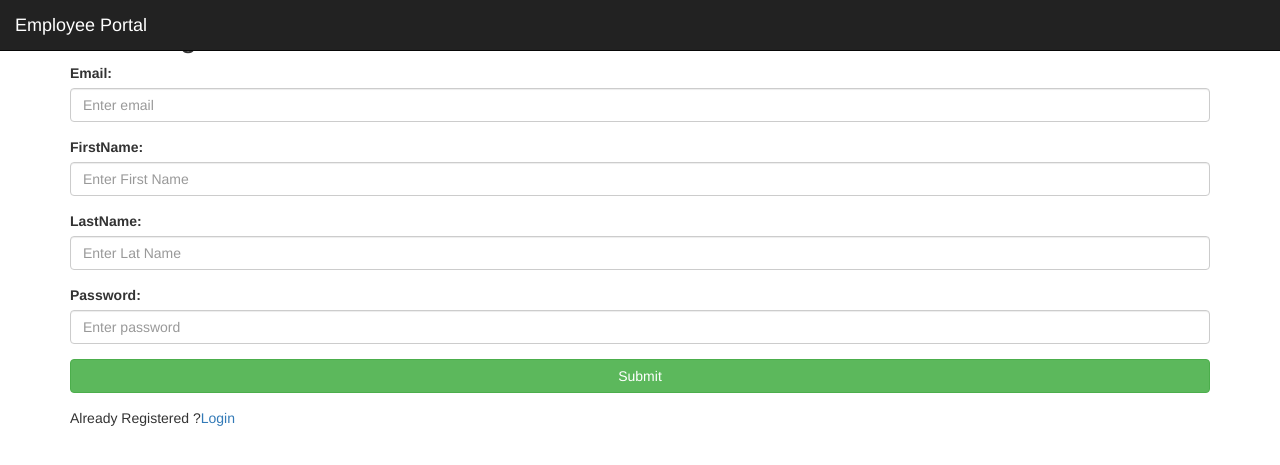
Repository: jagdishpatil18/JavaAdv
Page: http://localhost/EmployeePortal/Preuserreg
These files come from the project's save history. The page is drawn as it stood at one moment and after the next save; the edit follows.
The browser window is 1280 px wide. The pictures show the whole page.
Some web libraries are served in a nearby version. The page is served by Tomcat 9.

Above is the page before, as saved 2017-05-26 05:03:29.

After the next save:
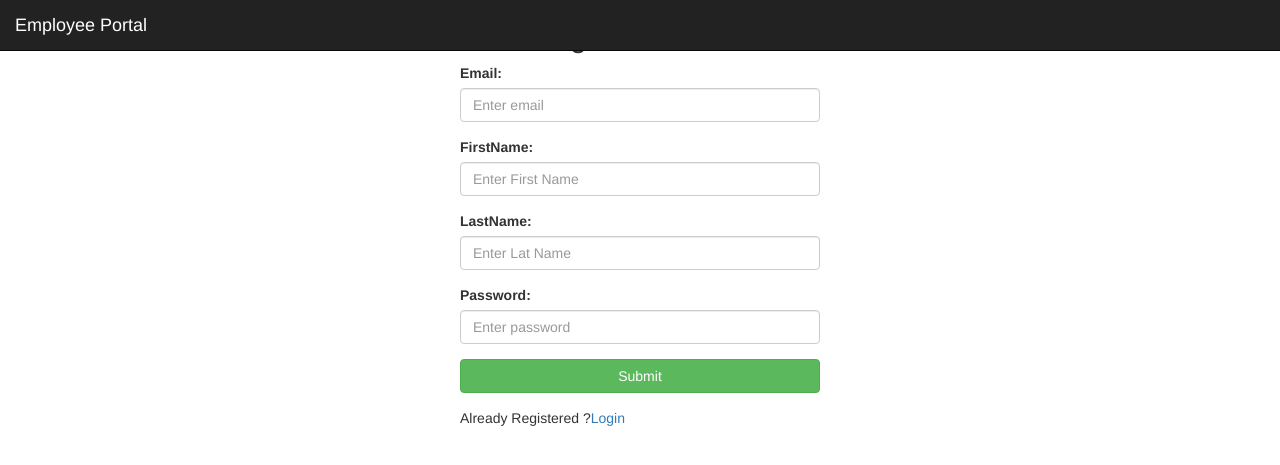
Saved 58 s later.
--- a/EmployeePortal/EmployeePortal/WebContent/newUserreg.jsp
+++ b/EmployeePortal/EmployeePortal/WebContent/newUserreg.jsp
@@ -68,7 +68,10 @@ function validateuser()
 </style>
 <body>
 <div class="container">
-
+<div class="row">
+<div class="col-lg-4 col-md-3 col-sm-2">
+</div>
+<div class="col-lg-4 col-md-6 col-sm-8">
   <h2 id="h2userreg">User Registration</h2>
   <form role="form"  action="UserRegistration" method="post">
     <div class="form-group">
